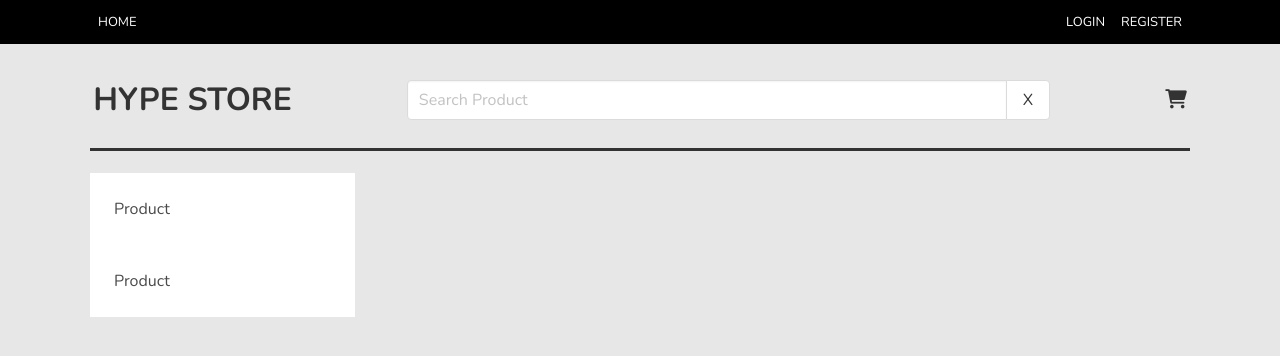
Repository: DraxZh/sneaker_shopping
Page: /
The author's editor kept a copy of each file at every save. The page is drawn from the files as they stood at one save, then again after the next save.
The browser window is 1280 px wide. The pictures show the whole page.
The project was rebuilt for these pictures with package versions that can differ from the ones it lists, and the page was loaded fresh each time. Also part of the build but not shown: src/components/Login.js, src/components/NotFound.js.

Above is the page before, as saved 2021-12-01 22:03:05.

### public/index.html
<!DOCTYPE html>
<html lang="en">
<head>
    <meta charset="UTF-8">
    <meta http-equiv="X-UA-Compatible" content="IE=edge">
    <meta name="viewport" content="width=device-width, initial-scale=1.0">
    <title>Sneaker Shopping</title>
    <link rel="stylesheet" href="https://cdn.jsdelivr.net/npm/bulma@0.9.3/css/bulma.min.css">
</head>
<body>
    <div id="root"></div>
</body>
</html>

### src/index.js
import React from 'react';
import ReactDom from 'react-dom';
import Router from 'Router';
import App from 'components/App';
import 'css/app.scss';
import 'css/style.scss';

ReactDom.render(<Router />, document.getElementById('root'));

### src/Router.js
import React from 'react';
import {BrowserRouter, Routes, Route} from 'react-router-dom';
import App from 'components/App';
import Login from 'components/Login';
import NotFound from 'components/NotFound';

const Router = () =>(
    <BrowserRouter>
        <Routes>
            <Route path="/" exact element={<App/>}/>
            <Route path="/login" element = {<Login/>}/>
            <Route component={NotFound} />
        </Routes>
    </BrowserRouter>
)

export default Router;

### src/components/App.js
import React from 'react';
import Header from 'components/Header';
import Products from 'components/Products';

class App extends React.Component{

    render(){
        return(
            <div className="main">
                <Header />
                <Products/>
            </div>
        )
    }
}

export default App;

### src/css/app.scss
@charset 'utf-8';

@import url('https://fonts.googleapis.com/css?family=Nunito:400,700');
@import url('https://cdnjs.cloudflare.com/ajax/libs/font-awesome/6.0.0-beta3/css/all.min.css');
$purple: #5400f0;
$pink: #ff506d;
$dark: rgb(43, 43, 43);
$beige-lighter: rgb(231, 231, 231);

//update global variable
$family-sans-serif: 'Nunito', sans-serif;
$primary: $purple;
$link: $pink;
$body-background-color:$beige-lighter;

@import '../../node_modules/bulma/bulma.sass';

### src/css/style.scss
body {
  overflow: hidden;
}
// ------------ Header component --------
.header {
  background-color: rgba(0, 0, 0, 1);
  width: 100%;
  height: 44px;
  color: #fff;
  font-size: 11px;
  line-height: 44px;
  .grid {
    max-width: 1100px;
    margin: auto;
    display: flex;
    justify-content: space-between;
    align-items: center;
    & a {
      display: inline-block;
      color: #fff;
      padding: 0 8px;
      transition: all 0.2s;
      text-transform: uppercase;
      font-size: 13px;
      &:hover {
        color: #ddd;
      }
    }
    .nickname {
      padding-left: 0.4rem;
      font-size: 13px;
      cursor: pointer;
      &:hover {
        color: #ddd;
      }
      i {
        margin-right: 4px;
      }
    }
  }
}

// ------------- NotFound Component -------------

.not-found {
  display: flex;
  justify-content: center;
  align-items: center;
  height: 100vh;
  font-size: 1.6rem;
  font-weight: 900;
}
// ------------- ToolBox Component -------------
.tool-box {
  max-width: 1100px;
  margin: auto;
  border-bottom: 3px solid #333;
  padding: 2rem 0.2rem 1.5rem 0.2rem;
  display: flex;
  justify-content: space-between;
  align-items: center;
  .logo-text {
    font-size: 2rem;
    color: #333;
    font-weight: 600;
    text-transform: uppercase;
  }
  .search-box {
    .search-input {
      width: 600px;
      outline: 0;
    }
  }
  .cart-box {
    cursor: pointer;
    display: inline-block;
    color: #333;
    font-size: 1.2rem;
    .cart-num {
      margin-left: 4px;
    }
  }
}

// --------- Panel component ------------
.panel-wrapper {
  position: relative;
  z-index: 99;
  .panel {
    transition: all 0.3s ease-in-out;
    transform: translateX(25rem);
  }
  &.active {
    .over-layer {
      display: block;
    }
    .panel {
      transform: translateX(0);
    }
  }
}

.over-layer {
  display: none;
  position: fixed;
  top: 0;
  bottom: 0;
  left: 0;
  right: 0;
  background: rgba(0, 0, 0, 0.4);
  z-index: 9;
}
.panel {
  width: 25rem;
  position: fixed;
  top: 0;
  bottom: 0;
  right: 0;
  background: #fff;
  box-shadow: -3px 0 3px rgba(0, 0, 0, 0.04);
  transform: translateX(25rem);
  transition: all 0.3s ease-in-out;
  z-index: 99;
  .head {
    padding: 0.5rem;
    text-align: right;
    .close {
      font-size: 24px;
      font-weight: 600;
      color: #333;
      cursor: pointer;
      line-height: 1;
      margin-right: 4px;
    }
  }
}

// ------- products component ---------

.products {
  max-width: 1100px;
  margin: auto;
  padding: 1.4rem 0;
  .add-btn {
    position: fixed;
    right: 0;
    top: 10rem;
    z-index: 99;
  }
}

.product-fade-enter {
  opacity: 0.1;
}
.product-fade-enter-active {
  opacity: 1;
  transition: all 0.3s ease-in;
}

.product-fade-exit {
  opacity: 1;
}
.product-fade-exit-active {
  opacity: 0.1;
  transition: all 0.3s ease-in;
}

// -------- product component -------

.product {
  width: 265px;
  background: #fff;
  padding: 1.5rem;
  .p-head {
    height: 1.2rem;
    .edit-btn {
      cursor: pointer;
      color: rgb(216, 215, 215);
    }
  }
  .p-content {
    .img-wrapper {
      position: relative;
      .out-stock-text {
        position: absolute;
        top: 0;
        bottom: 0;
        right: 0;
        left: 0;
        background: rgba(255, 255, 255, 0.85);
        display: flex;
        justify-content: center;
        align-items: center;
        color: rgb(199, 84, 18);
        z-index: -1;
        font-weight: 800;
        font-size: 16px;
        text-transform: uppercase;
      }
      img {
        max-width: 100%;
        height: auto;
      }
    }
    .p-tags {
      margin-top: 0.5rem;
      color: rgb(165, 165, 165);
      font-size: 13px;
      padding: 8px 0;
      height: 2rem;
      overflow: hidden;
      text-overflow: ellipsis;
      white-space: nowrap;
    }
    .p-name {
      font-size: 14px;
      color: #333;
      font-weight: 500;
      display: -webkit-box !important;
      overflow: hidden;
      text-overflow: ellipsis;
      word-break: break-all;
      -webkit-box-orient: vertical;
      -webkit-line-clamp: 2;
      height: 2.5rem;
      &:hover {
        color: rgb(38, 99, 190);
      }
    }
  }
  .p-footer {
    display: flex;
    justify-content: space-between;
    align-items: center;
    margin-top: 8px;
    .price {
      color: #333;
      font-weight: 600;
      // &::before {
      //   content: '￥';
      //   font-size: 12px;
      // }
    }
    .add-cart {
      outline: none;
      border: none;
      padding: 0;
      background-color: #eee;
      width: 2rem;
      height: 2rem;
      border-radius: 50%;
      color: rgb(143, 140, 140);
      cursor: pointer;
      transition: all 0.2s;
      &:hover {
        background-color: #333;
        color: #fff;
      }
      &:active {
        background-color: rgb(10, 88, 133);
        color: #fff;
      }
      i {
        transform: translateX(-8%);
      }
      i:last-child {
        display: none;
      }
      &:disabled {
        cursor: not-allowed;
        background-color: #f9f9f9;
        color: rgb(199, 84, 18);
      }
      &:disabled > i:first-child {
        display: none;
      }
      &:disabled > i:last-child {
        display: inline !important;
      }
    }
  }
}
.out-stock {
  .out-stock-text {
    z-index: 1 !important;
  }
}

// ------------ cart component --------
.cart-page {
  max-width: 1100px;
  margin: auto;
  margin-top: 1rem;
  padding: 1rem;
  .cart-title {
    color: #333;
    font-weight: 500;
    font-size: 18px;
    border-bottom: 2px solid #333;
  }
  .cart-list {
    margin-top: 2rem;
    padding: 0rem 1rem;
    background: #fff;
    color: #333;
    .close {
      font-weight: 800;
      display: block;
      padding: 0 8px;
      cursor: pointer;
    }
    .cart-name {
      width: 400px;
      overflow: hidden;
      text-overflow: ellipsis;
      white-space: nowrap;
    }
    .num-input {
      border: 2px solid rgb(212, 210, 210);
      border-radius: 0;
      width: 100px;
      font-size: 14px;
    }
    .price {
      font-weight: 600;
      // &::before {
      //   content: '￥';
      //   font-size: 12px;
      //   margin-right: 2px;
      // }
    }
    .sum-price {
      font-weight: 600;
      color: rgb(214, 111, 111);
      // &::before {
      //   content: '￥';
      //   font-size: 12px;
      //   margin-right: 2px;
      // }
    }
    & td {
      vertical-align: middle;
    }
  }
  .no-cart {
    padding: 1.5rem;
    background: #fff;
    text-align: center;
    margin-top: 1.5rem;
  }
  .cart-total {
    margin-top: 1.5rem;
    text-align: right;
    color: #333;
    .total-price {
      margin-left: 8px;
      font-size: 20px;
      font-weight: 600;
      color: rgb(214, 111, 111);
      // &::before {
      //   content: '￥';
      //   font-size: 16px;
      // }
    }
  }
}
.cart-item-enter {
  opacity: 0.1;
  transition: all 0.3s ease-in;
}
.cart-item-enter.cart-item-enter-active {
  opacity: 1;
}
.cart-item-exit {
  opacity: 1;
  transition: all 0.3s ease-in;
}
.cart-item-exit.cart-item-exit-active {
  opacity: 0.1;
}

// ---------- Inventory Component --------
.inventory {
  padding: 1rem 2rem;
}

// ----------- User Profile Components -------
.user-profile {
  padding: 1rem 2rem;
}

// --------- Login Page --------------
.login-wrapper {
  display: flex;
  justify-content: center;
  align-items: center;
  height: 100vh;
  .login-box {
    width: 350px;
    padding: 1.5rem 1.5rem 2rem 1.5rem;
  }
}

// --------- response ----------------
@media screen and (max-width: 768px) {
  .product {
    width: 100%;
  }
  .panel {
    width: 100%;
  }
  .products {
    padding: 0;
  }
  .tool-box {
    padding: 1.5rem 1rem;
  }
  .tool-box > .search-box {
    display: none;
  }
  .cart-name {
    width: auto !important;
    white-space: normal !important;
  }
  .login-box {
    width: 100%;
  }
}

### src/components/Header.js
import React from 'react';

class Header extends React.Component{

    renderLink(){
        const nickname = this.props.nickname;
        if(nickname){
            return(
                <span className="nickname">
                    <i className="far fa-user"></i>
                    {this.props.nickname}
                </span>
            )
        }else{
            return(
                <React.Fragment>
                    <a href="/">Login</a>
                    <a href="/">Register</a>
                </React.Fragment>
            )
        }
    }
    render(){
        return(
            <div className="header">
                <div className="grid">
                    <div className="start">
                        <a href="/">Home</a>
                    </div>
                    <div className="end">
                        {this.renderLink()}
                    </div>
                </div>
            </div>
        )
    }
}

export default Header;

### src/components/Products.js
import React from 'react';
import ToolBox from './ToolBox';
import Product from './Product';

class Products extends React.Component{
    render(){
        return(
            <div>
                <ToolBox/>
                <div className="products">
                    <Product/>
                    <Product/>
                </div>
            </div>
        )
    }
}

export default Products;

### src/components/ToolBox.js
import React from 'react';

class ToolBox extends React.Component{
    render(){
        return (
            <div className="tool-box">
                <div className="logo-text">Hype Store</div>
                <div className="search-box">
                    <div className="field has-addons">
                        <div className="control">
                            <input type="text" className="input search-input" placeholder="Search Product"/>
                        </div>
                        <div className="control">
                            <button className="button">X</button>
                        </div>
                    </div>
                </div>
                <div className="cart-box">
                    <i className="fas fa-shopping-cart"></i>
                </div>
            </div>
        );
    }
}

export default ToolBox;

### src/components/Product.js
import React from 'react';


class Product extends React.Component{
    render(){
        return(
            <div className="product">
                <p>Product</p>
            </div>
        )
    };
}

export default Product;

After the next save:
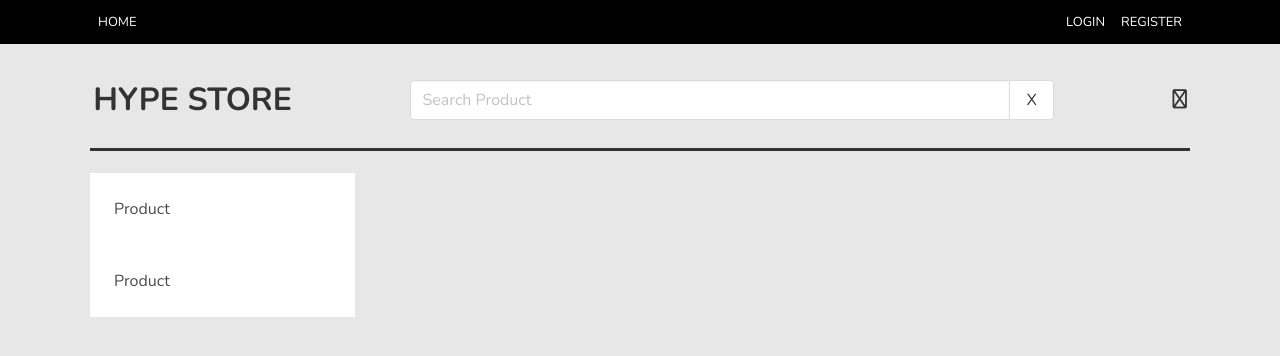
Saved 83 s later.
--- a/src/components/ToolBox.js
+++ b/src/components/ToolBox.js
@@ -16,7 +16,7 @@
                     </div>
                 </div>
                 <div className="cart-box">
-                    <i className="fas fa-shopping-cart"></i>
+                    <i className="far fa-shopping-cart"></i>
                 </div>
             </div>
         );
